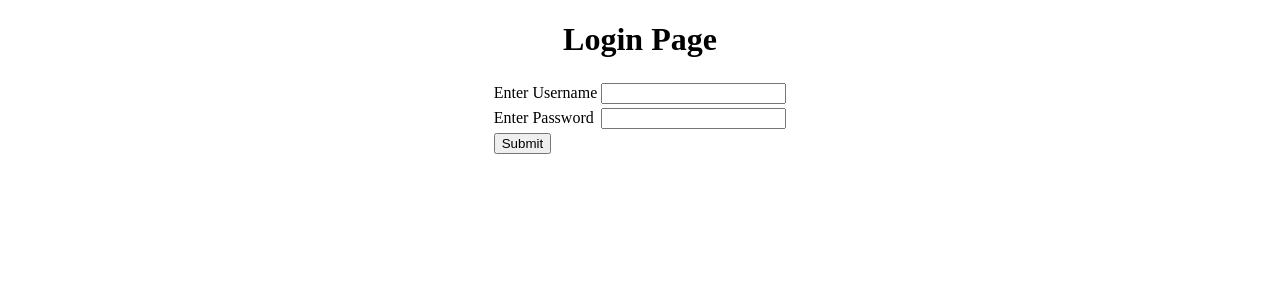
Repository: MaheshAwaji/JavaProjects
Page: servelet1/src/main/webapp/hello.html
The author's editor kept a copy of each file at every save. The page is drawn from the files as they stood at one save, then again after the next save.
The browser window is 1280 px wide. The pictures show the whole page.

Above is the page before, as saved 2024-07-02 07:35:15.

### servelet1/src/main/webapp/hello.html
<!DOCTYPE html>
<html>
<head>
<meta charset="ISO-8859-1">
<title>Insert title here</title>
</head>
<body>
	<div align="center">
	<h1>Login Page</h1>
		<form action="login" method="post">
			<table>
			<tr>
			<td><label>Enter Username</label> </td>
			<td><input type="text" name="username"> </td>
			</tr>
			<tr>
			<td><label>Enter Password</label> </td>
			<td><input type="text" name="password"> </td>
			</tr>
			<tr>
			<td>
			<input type="submit" value="Submit">
			</td>
			</tr>
			</table>
		</form>
	</div>
</body>
</html>

After the next save:
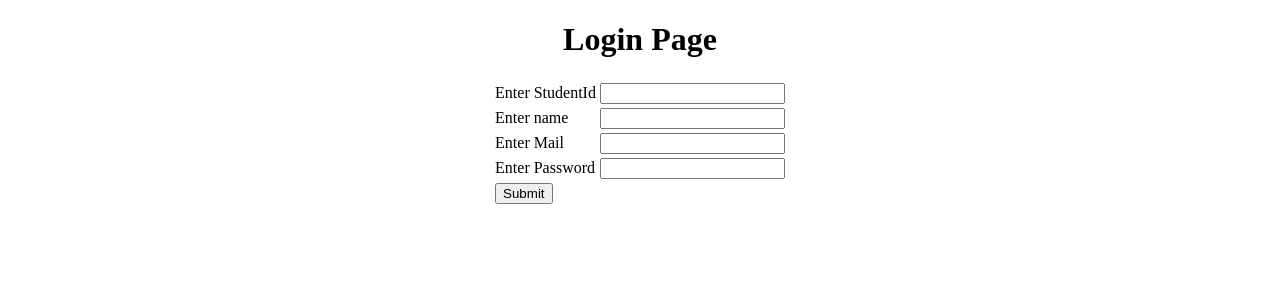
Saved 116 s later.
--- a/servelet1/src/main/webapp/hello.html
+++ b/servelet1/src/main/webapp/hello.html
@@ -10,12 +10,20 @@
 		<form action="login" method="post">
 			<table>
 			<tr>
-			<td><label>Enter Username</label> </td>
-			<td><input type="text" name="username"> </td>
+			<td><label>Enter StudentId</label> </td>
+			<td><input type="text" name="id"> </td>
+			</tr>
+			<tr>
+			<td><label>Enter name</label> </td>
+			<td><input type="text" name="name"> </td>
+			</tr>
+			<tr>
+			<td><label>Enter Mail</label> </td>
+			<td><input type="text" name="mail"> </td>
 			</tr>
 			<tr>
 			<td><label>Enter Password</label> </td>
-			<td><input type="text" name="password"> </td>
+			<td><input type="password" name="password"> </td>
 			</tr>
 			<tr>
 			<td>
